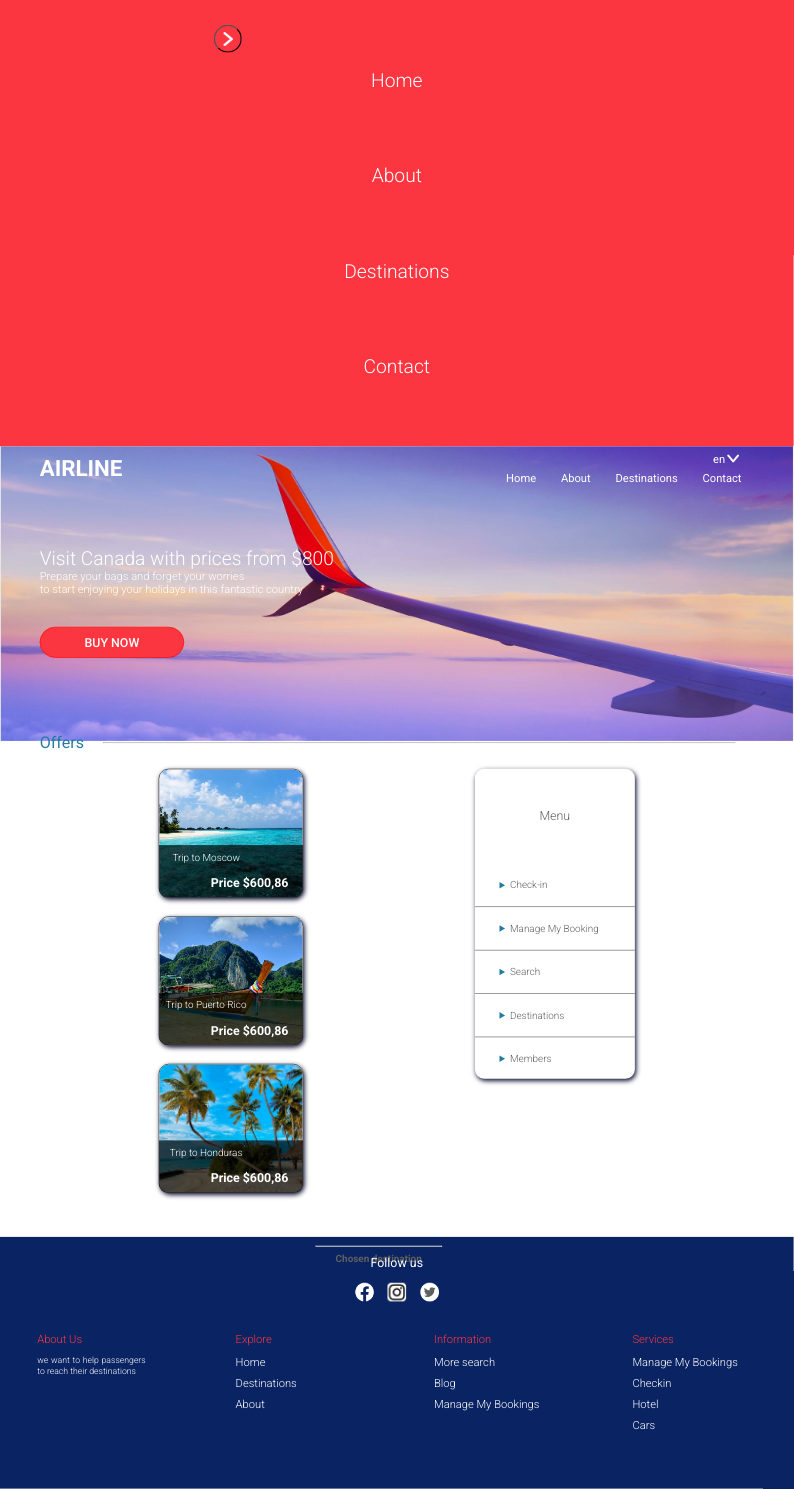
Repository: Cherced/AIRLINES
Page: /
These files come from the project's save history. The page is drawn as it stood at one moment and after the next save; the edit follows.
The browser window is 1280 px wide. The pictures show the whole page, at 62% of full size.
The project was rebuilt for these pictures with package versions that can differ from the ones it lists, and the page was loaded fresh each time. The framework's server and built-in components were replaced by stand-ins that run in the browser. Also part of the build but not shown: components/atoms/BannerStaff/Modal/SelectIdioms.jsx.

Above is the page before, as saved 2022-07-01 07:46:40.

### pages/_app.js
import '../sass/global.scss'
import {MenuFloatContextProvider} from "../components/atoms/BannerStaff/FloatMenuContext"

function MyApp({ Component, pageProps }) {
    return<MenuFloatContextProvider>
            <Component {...pageProps} />
          </MenuFloatContextProvider>
}

  export default MyApp

### sass/global.scss
@import "./settings";
@import "./Elements/banner";
@import "./Elements/offerts";
@import "./Elements/footer";

### components/molecules/Banner.jsx
import React from 'react'
import { Header } from '../atoms/BannerStaff/Header'
import { Promotion } from '../atoms/BannerStaff/Promotion'

export const Banner = () => {
  return (
    <main className="main-Banner--Container">
        <Header/>
        <Promotion/>
    </main>
  )
}

### components/molecules/Offers.jsx
import React from 'react'
import {TripsOffer} from '../atoms/Offerts/TripsOffer'
import { Menu } from '../atoms/Offerts/Menu'

export const Offers = () => {
  return (
    <section className="offers-Section--Container">
    <div className="offers-Title--Container">
        <h1>Offers</h1> <hr />
    </div>
    <div className="offers-BoxModel--Container">
        <div className="offers-BoxModel-Content">
        <TripsOffer/>
        <hr />
        <h3>Chosen destination</h3>
        </div>
        <Menu/>
    </div>
    </section>
  )
}

### components/molecules/Footer.jsx
import React from 'react'
import { SocialMedia } from '../atoms/Footer/SocialMedia'
import { MoreToUs } from '../atoms/Footer/MoreToUs'

export const Footer = () => {
  return (
    <footer className="Footer--Container">
        <SocialMedia/>
        <MoreToUs/>
    </footer>
  )
}

### components/atoms/BannerStaff/FloatMenu.jsx
import React from 'react'
import { useMenuFloatContext} from './FloatMenuContext'


export const FloatMenu = () => {
    const {menu, setMenu} = useMenuFloatContext();
  return (
    <nav className="FloatMenu--Container">
        <nav className="navBarFloat--Container">
        <button className="backButton" onClick={() => setMenu(false)}>
            <img src="images/arrow-down.png" alt="arrowBack"/>
        </button>
            <ul className="itmes-NavbarFloat--Container">
                <li><a>Home</a></li>
                <li><a>About</a></li>
                <li><a>Destinations</a></li>
                <li><a>Contact</a></li>
            </ul>
        </nav>
    </nav>
  )
}

### sass/_settings.scss
//fonts:
@import url('https://fonts.googleapis.com/css2?family=Inter:wght@100;200;300;500;600;700;800;900&family=Roboto:ital,wght@0,100;0,300;0,400;0,500;0,700;0,900;1,100;1,300;1,400;1,500;1,700;1,900&display=swap');

$preSetFont: 'Roboto', sans-serif;

*{
    box-sizing: border-box;
    margin: 0;
    padding: 0;
}

### sass/Elements/_banner.scss
@import "../components/Banner/header";
@import "../components/Banner/floatMenu";
@import "../components/Banner/promotion";
@import "../components/Banner/modalIdioms";

.main-Banner--Container {
    height: 475px;
    width: 100%;
    background-image: url("../../public/images/plane.jpg");
    background-size: cover;
    background-repeat: no-repeat;
    display: flex;
    flex-direction: column;
    align-items: center;
}

.idiomsShower {
    margin-top: 7px;
    z-index: 3;
    position: absolute;
    left: calc(100% - 130px);
    display: flex;

    .arrowButton--Modal {
        background: transparent;
        border: none;
        text-align: left;
        font: normal normal 400 18px/22px Roboto;
        letter-spacing: 0px;
        color: #FFFFFF;
        opacity: 1;
    }

    img {
        width: 25px;
        height: 25px;


    }
    .menu-Btn{
        display: none;
    }



}

.turn {

    .arrowImg--Modal {
        width: 25px;
        height: 25px;
        transform: rotate(180deg);
        transition: all 0.5s ease-in;
    }

}


.trass {

    .arrowImg--Modal{
        width: 25px;
        height: 25px;
        transform: rotate(-360deg);
        transition: all 0.5s ease-in;
    }

}

@media screen and (max-width: 768px) {
    .idiomsShower{
        left: calc(100% - 100px);
    }
}


@media screen and (max-width: 500px) {
    .idiomsShower{
        margin-top: 15px;
        left: calc(100% - 100px);
        .menu-Btn{
            display: block;
            margin-left: 15px;
        }

    }
}


@media screen and (max-width: 425px) {
    .idiomsShower{
        left: calc(100% - 100px);
    }
}

### sass/components/Banner/_header.scss
.header--Container {
    width: 90%;
    height: 70px;
    display: flex;
    align-items: center;
    justify-content: space-between;

    h1 {
        font-family: $preSetFont;
        font-size: 36px;
        text-align: left;
        color: white;
        letter-spacing: 0px;
    }

    .navBar--Container {
        color: white;
        opacity: 1;

        .itmes-Navbar--Container {
            list-style: none;
            display: flex;
            height: 70px;

            li {
                width: auto;
                padding: 40px 20px 0 20px;

                a {
                    font-family: $preSetFont;
                    font-size: 18px;
                    letter-spacing: 0px;
                }

                a:hover {
                    border-bottom: 2px solid white;
                }
            }
        }
    }
}


@media screen and (max-width: 500px) {
    .header--Container {
        .navBar--Container {
            display: none;
        }
    }
}


@media screen and (max-width: 425px) {
    .header--Container {
        width: 80%;
        height: 40px;
        display: flex;
        align-items: center;
        justify-content: space-between;
        flex-direction: column;

        h1 {
            font-family: $preSetFont;
            font-size: 36px;
            text-align: left;
            color: white;
            letter-spacing: 0px;
            margin-top: 10px;
            margin-right: 210px;
        }

        .navBar--Container {
            color: white;
            opacity: 1;

            .itmes-Navbar--Container {
                list-style: none;
                display: flex;
                height: 70px;

                li {
                    width: auto;
                    padding: 20px 10px 0 10px;

                    a {
                        font-family: $preSetFont;
                        font-size: 14px;
                        letter-spacing: 0px;
                    }

                    a:hover {
                        border-bottom: 2px solid white;
                    }
                }
            }
        }
    }
}



@media screen and (max-width: 320px) {
    .header--Container {
        width: 80%;
        height: 40px;
        display: flex;
        align-items: center;
        justify-content: space-between;
        flex-direction: column;

        h1 {
            font-family: $preSetFont;
            font-size: 36px;
            text-align: left;
            color: white;
            letter-spacing: 0px;
            margin-top: 10px;
            margin-right: 150px;
        }

        .navBar--Container {
            color: white;
            opacity: 1;

            .itmes-Navbar--Container {
                list-style: none;
                display: flex;
                height: 70px;

                li {
                    width: auto;
                    padding: 20px 10px 0 10px;

                    a {
                        font-family: $preSetFont;
                        font-size: 14px;
                        letter-spacing: 0px;
                    }

                    a:hover {
                        border-bottom: 2px solid white;
                    }
                }
            }
        }
    }

}

### sass/components/Banner/_floatMenu.scss
.FloatMenu--Container {
    width: 100%;
    height: 100vh;

    .navBarFloat--Container {
        background: #FB3640;
        width: 100%;
        height: 100%;

        .backButton {
            width: 45px;
            height: 45px;
            position: absolute;
            margin-top: 40px;
            margin-left: 345px;
            background: transparent;
            text-align: left;
            font-family: "Roboto", sans-serif;
            font-size: 31px;
            font-weight: 300;
            letter-spacing: 0px;
            opacity: 1;
            color: white;
            border-radius: 60px;
            display: flex;
            align-items: center;
            justify-content: center;

            img {
                width: 30px;
                height: 30px;
                transform: rotate(-90deg);
            }
        }

        .itmes-NavbarFloat--Container {
            display: flex;
            flex-direction: column;
            align-items: center;
            list-style: none;
            width: 100%;
            height: 100%;
            justify-content: space-evenly;

            li {
                width: 100%;
                height: 50px;
                display: flex;
                align-items: center;
                justify-content: center;

                a {
                    text-align: left;
                    font-family: "Roboto", sans-serif;
                    font-size: 31px;
                    font-weight: 300;
                    letter-spacing: 0px;
                    opacity: 1;
                    color: white;
                }

                a:hover {
                    border-bottom: 2px solid white;
                }
            }
        }
    }
}

### sass/components/Banner/_promotion.scss
.promotions--Container {
    height: 405px;
    width: 90%;
    display: flex;
    flex-direction: column;
    align-items: flex-start;
    margin-top: 92px;

    h1 {
        text-align: left;
        font-family: $preSetFont;
        font-size: 31px;
        font-weight: 300;
        letter-spacing: 0px;
        opacity: 1;
        color: white;
    }

    p {
        width: 440px;
        text-align: left;
        font-family: $preSetFont;
        font-size: 18px;
        font-weight: 300;
        letter-spacing: 0px;
        color: #FFFFFF;
        opacity: 1;
    }

    .buyNowBtn {
        margin-top: 50px;
        background: #FB3640;
        width: 233px;
        height: 50px;
        font-family: $preSetFont;
        text-align: center;
        font: normal normal 500 20px/24px Roboto;
        letter-spacing: 0px;
        color: #FFFFFF;
        opacity: 1;
        border-radius: 60px;
        border: 1px solid red;
    }
}

@media screen and (max-width: 425px) {
    .promotions--Container {
        height: 405px;
        width: 80%;
        display: flex;
        flex-direction: column;
        align-items: center;
        margin-top: 92px;

        h1 {
            text-align: left;
            font-family: $preSetFont;
            font-size: 31px;
            font-weight: 300;
            letter-spacing: 0px;
            opacity: 1;
            color: white;
            margin-bottom: 30px;
        }

        p {
            width: 345px;
            text-align: left;
            font-family: "Roboto", sans-serif;
            font-size: 18px;
            font-weight: 300;
            letter-spacing: 0px;
            color: #FFFFFF;
            opacity: 1;
        }

        .buyNowBtn {
            margin-top: 50px;
            background: #FB3640;
            width: 233px;
            height: 50px;
            font-family: $preSetFont;
            text-align: center;
            font: normal normal 500 20px/24px Roboto;
            letter-spacing: 0px;
            color: #FFFFFF;
            opacity: 1;
            border-radius: 60px;
            border: 1px solid red;
        }
    }
}


@media screen and (max-width: 320px) {
    .promotions--Container {
        height: 405px;
        width: 80%;
        display: flex;
        flex-direction: column;
        align-items: center;
        margin-top: 92px;

        h1 {
            text-align: left;
            font-family: $preSetFont;
            font-size: 31px;
            font-weight: 300;
            letter-spacing: 0px;
            opacity: 1;
            color: white;
            margin-bottom: 30px;
        }

        p {
            width: 290px;
            text-align: left;
            font-family: "Roboto", sans-serif;
            font-size: 18px;
            font-weight: 300;
            letter-spacing: 0px;
            color: #FFFFFF;
            opacity: 1;
        }

        .buyNowBtn {
            margin-top: 50px;
            background: #FB3640;
            width: 233px;
            height: 50px;
            font-family: $preSetFont;
            text-align: center;
            font: normal normal 500 20px/24px Roboto;
            letter-spacing: 0px;
            color: #FFFFFF;
            opacity: 1;
            border-radius: 60px;
            border: 1px solid red;
        }
    }
}

### sass/components/Banner/_modalIdioms.scss
.ModalContainer {
    background-color: rgba(0, 0, 0, 0.5);
    display: flex;
    justify-content: center;
    align-items: center;
    box-shadow: 0px 10px 10px rgba(0, 0, 0, 8.5);
    position: fixed;
    top: -10px;
    left: -10px;
    right: -10px;
    bottom: -10px;

    .select-Idiom--Modal {
        position: absolute;
        top: 55px;
        left: calc(100% - 260px);
        width: 145px;
        height: 110px;
        background: white;
        display: flex;
        flex-direction: column;
        align-items: center;
        justify-content: center;
        list-style: none;
        text-align: left;
        border-radius: 15px;
        box-shadow: 2px 3px 8px #000029;

        li {
            width: 80%;
            text-align: left;
            font: normal normal normal 18px/22px Roboto;
            letter-spacing: 0px;
            color: #247BA0;
            opacity: 1;
            padding: 5px 0;
        }
    }
}

@media screen and (max-width: 768px) {
    .ModalContainer{
        .select-Idiom--Modal{
            left: calc(100% - 225px);
        }
    }
}


@media screen and (max-width: 425px) {
    .ModalContainer{
        .select-Idiom--Modal{
            left: calc(100% - 190px);
        }
    }
}

### sass/Elements/_footer.scss
@import "../components/Footer/socialMedia";
@import "../components/Footer/moreToUs";

.Footer--Container{
    width: 100%;
    height: 406px;
    background: #0A2463;
}

@media screen and (max-width: 425px) {
    .Footer--Container{
        height: 850px;
    }
}

### sass/components/Footer/_socialMedia.scss
.SocialMedia--Container {
    display: flex;
    flex-direction: column;
    width: 100%;
    align-items: center;
    justify-content: center;

    h1 {
        margin-top: 30px;
        text-align: left;
        font: normal normal 400 20px/24px Roboto;
        letter-spacing: 0px;
        color: #FFFFFF;
        opacity: 1;
    }

    .iconsSocialMedia--Container {
        margin-top: 20px;
        display: flex;
        width: 180px;
        justify-content: space-evenly;

        img {
            width: 30px;
            height: 30px;
        }
    }
}

@media screen and (max-width: 425px) {
    .SocialMedia--Container {
        margin-bottom: 20px;
    }
}

### sass/components/Footer/_moreToUs.scss
.footerNavBar--Container {
    display: flex;
    height: 60%;
    width: 100%;
    justify-content: space-around;
    align-items: center;

    .navbar-Item-Content {
        width: 90%;
        height: 100%;
        margin-top: 100px;
        margin-left: 60px;

        h1 {
            color: #FB3640;
            text-align: left;
            font: normal normal 300 18px/22px Roboto;
            letter-spacing: 0px;
            color: #FB3640;
            opacity: 1;
            margin-bottom: 15px;
        }

        p {
            text-align: left;
            font: normal normal 300 14px/17px Roboto;
            letter-spacing: 0px;
            color: #FFFFFF;
            opacity: 1;
            text-align: justify;
            padding-right: 85px;
        }

        ul {
            list-style-type: none;

            li {
                color: #FFFFFF;
                margin-bottom: 12px;

                a {
                    text-align: left;
                    font: normal normal 300 18px/22px Roboto;
                    letter-spacing: 0px;
                    color: #FFFFFF;
                    opacity: 1;
                }
            }
        }
    }
}

@media screen and (max-width: 425px) {
    .footerNavBar--Container {
        display: flex;
        height: 60%;
        width: 100%;
        justify-content: space-around;
        align-items: center;
        flex-wrap: wrap;
        .navbar-Item-Content {
            width: 90%;
            height: 150px;
            margin-top: 20px;
            margin-left: 70px;
        }
    }


}

### components/atoms/BannerStaff/Header.jsx
import React from 'react'

export const Header = () => {
  return (
    <header className="header--Container">
        <h1>AIRLINE</h1>
        <nav className="navBar--Container">
            <ul className="itmes-Navbar--Container">
                <li><a>Home</a></li>
                <li><a>About</a></li>
                <li><a>Destinations</a></li>
                <li><a>Contact</a></li>
            </ul>
        </nav>
    </header>
  )
}

### components/atoms/BannerStaff/Promotion.jsx
import React from 'react'

export const Promotion = () => {
  return (
    <div className="promotions--Container">
        <h1>Visit Canada with prices from $800</h1>
        <p>Prepare your bags and forget your worries</p>
        <p> to start enjoying your holidays in this fantastic country</p>
        <button className="buyNowBtn" type="button">BUY NOW</button>
    </div>
  )
}

### components/atoms/Offerts/TripsOffer.jsx
import React from 'react'

export const TripsOffer = () => {
  return (
    <div className="promotional-Cards--Container">
        <div className="promotionalCard">
            <img src="/images/moscow.jpg" alt="moscu"/>
            <div className="promotionalCard--Info">
                <p>
                Trip to Moscow
                </p>
                <h1>Price $600,86</h1>
            </div>
        </div>
        <div className="promotionalCard">
            <img src="/images/puerto-rico.jpg" alt="puerrtorro"/>
            <div className="promotionalCard--Info">
                <p>
                Trip to Puerto Rico
                </p>
                <h1>Price $600,86</h1>
            </div>
        </div>
        <div className="promotionalCard">
            <img src="/images/honduras.jpg" alt="honduras"/>
            <div className="promotionalCard--Info">
                <p>
                Trip to Honduras
                </p>
                <h1>Price $600,86</h1>
            </div>
        </div>
    </div>
  )
}

### components/atoms/Offerts/Menu.jsx
import React from 'react'

export const Menu = () => {
  return (
    <aside className="menuAside--Container">
        <h1>Menu</h1>
        <nav className="menuAside-Navbar--Container" id="EXPECIFFFYYY">
        <ul className="list-Items--Container">
            <li><a>Check-in</a></li>
            <li><a>Manage My Booking</a></li>
            <li><a>Search</a></li>
            <li><a>Destinations</a></li>
            <li><a>Members</a></li>
        </ul>
        </nav>
    </aside>
  )
}

### components/atoms/Footer/SocialMedia.jsx
import React from 'react'

export const SocialMedia = () => {
  return (
    <div className="SocialMedia--Container">
        <h1>Follow us</h1>
        <div className="iconsSocialMedia--Container">
            <img src="/images/facebook.png" alt="facebook" />
            <img src="/images/instagram.png" alt="instagram" />
            <img src="/images/twitter.png" alt="tweiter" />
        </div>
    </div>
  )
}

### components/atoms/Footer/MoreToUs.jsx
import React from 'react'

export const MoreToUs = () => {
  return (
    <section className="footerNavBar--Container">
        <nav className="navbar-Item-Content">
            <h1>About Us</h1>
            <p><a>we want to help passengers to reach their destinations</a></p>
        </nav>
        <nav className="navbar-Item-Content">
            <h1>Explore</h1>
            <ul>
                <li><a>Home</a></li>
                <li><a>Destinations</a></li>
                <li><a>About</a></li>
            </ul>
        </nav>
        <nav className="navbar-Item-Content">
            <h1>Information</h1>
            <ul>
            <li><a>More search</a></li>
            <li><a>Blog</a></li>
            <li><a>Manage My Bookings</a></li>
            </ul>
        </nav>
        <nav className="navbar-Item-Content">
            <h1>Services</h1>
            <ul>
            <li><a>Manage My Bookings</a></li>
            <li><a>Checkin</a></li>
            <li><a>Hotel</a></li>
            <li><a>Cars</a></li>
            </ul>
        </nav>
    </section>
  )
}

Loaded but not shown: pages/index.js (40 lines, source omitted); components/atoms/BannerStaff/FloatMenuContext.js (21 lines, source omitted); components/atoms/BannerStaff/Modal/ModalPortal.js (13 lines, source omitted); pages/_document.js (16 lines, source omitted); sass/Elements/_offerts.scss (525 lines, source omitted)

After the next save:
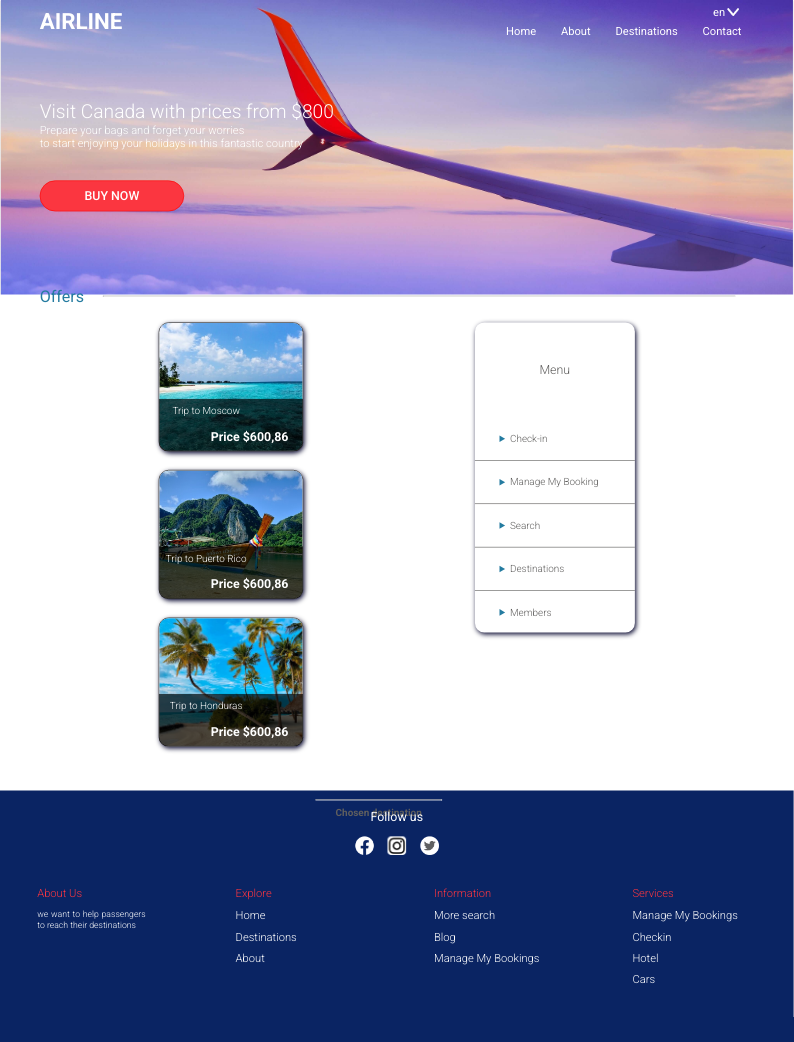
Saved 2 min 34 s later.
--- a/sass/components/Banner/_floatMenu.scss
+++ b/sass/components/Banner/_floatMenu.scss
@@ -66,3 +66,9 @@
         }
     }
 }
+
+@media screen and (min-width: 500px) {
+    .FloatMenu--Container {
+        display: none;
+    }
+}
